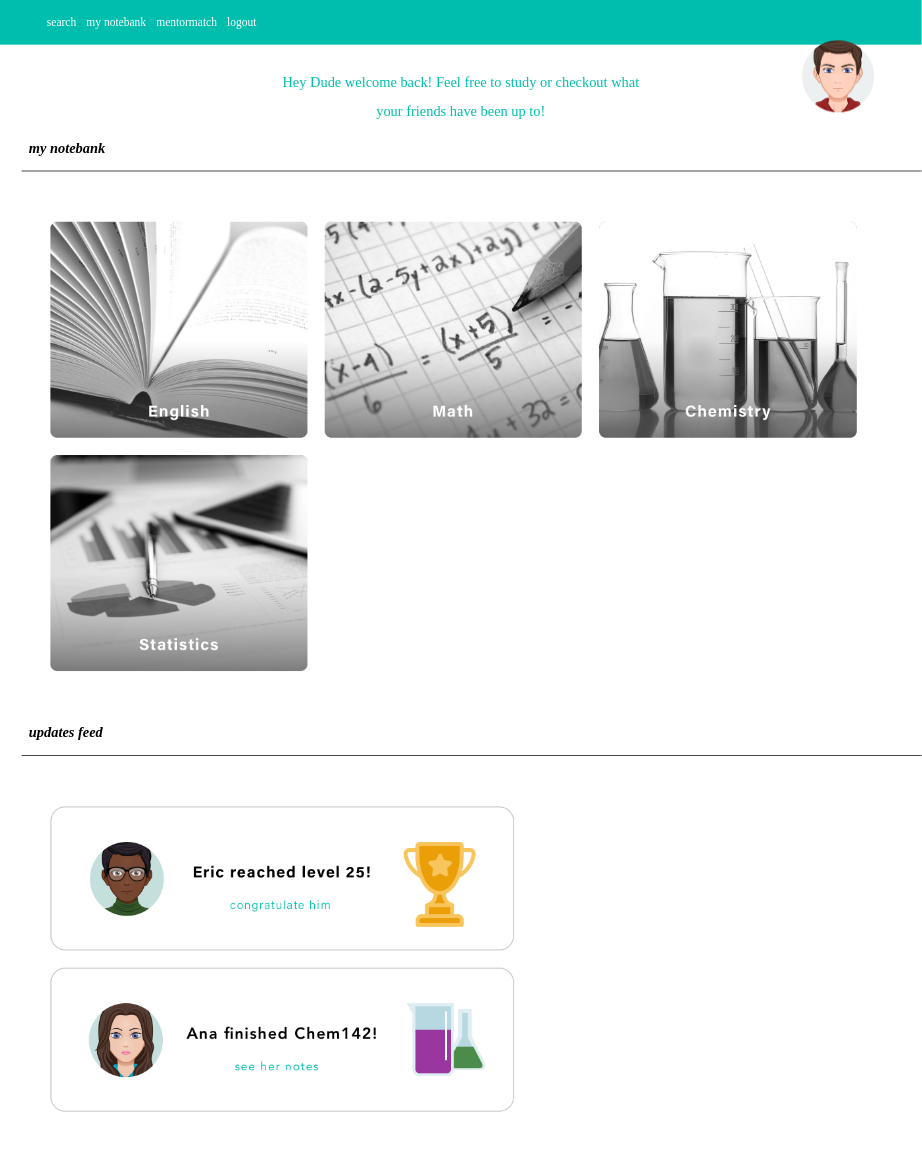
Repository: brianfong96/eduhacks-2017
Page: workspace copy/learninghub.html
The author's editor kept a record of every edit. The page is drawn from the files as they stood at one moment, then again after the next edit.
The browser window is 1280 px wide. The pictures show the whole page, at 72% of full size.
Some web libraries are served in a nearby version.

Above is the page before.

### workspace copy/learninghub.html
<!DOCTYPE html>
<html>
    <head>
        <link href="learninghub.css" type="text/css" rel="stylesheet" />
        <script src="https://code.jquery.com/jquery-3.2.1.js" integrity="sha256-DZAnKJ/6XZ9si04Hgrsxu/8s717jcIzLy3oi35EouyE=" crossorigin="anonymous"></script>
        <script src="https://code.jquery.com/ui/1.12.1/jquery-ui.js" integrity="sha256-T0Vest3yCU7pafRw9r+settMBX6JkKN06dqBnpQ8d30=" crossorigin="anonymous"></script>
        <script src="learninghub.js" type="text/javascript"></script>
    <body>
        <nav id="navmain" class="navbar navbar-fixed-top navbar-inverse">
                <div id="navcontainer" class="container">
                    <div id="navbar" class="navbar-left navbar-collapse collapse">
                        <ul class="nav navbar-nav">
                            <il>search</il>
                            <il id="gotonotebook">my notebank</il>
                            <il id="gotomentor">mentormatch</il>
                            <il>logout</il>
                        </ul>
                        <div id="me">
                            <img src="images/Avatar_me.png" alt="me" height ="100" id="me"></img>
                        </div>
                    </div>
                </div>
            </nav>
        <main>
            <div id="frontpage" class="curpage">
                <div class="newsfeedupdate pageheader">
                    <div class="welcome">
                        <h2>Hey Dude welcome back! Feel free to study or checkout what your friends have been up to!<h2/>
                    </div>
                </div>
                <div class="title">
                    <h3>my notebank</h3>
                </div>
                <div id="scrollnotebook">
                    <img src="images/Sub_1_Inactive.png" alt="1" height="300" class="notebooks" id="Sub_1"></img>
                    <img src="images/Sub_2_Inactive.png" alt="2" height="300" class="notebooks" id="Sub_2"></img>
                    <img src="images/Sub_3_Inactive.png" alt="3" height="300" class="notebooks" id="Sub_3"></img>
                    <img src="images/Sub_4_Inactive.png" alt="4" height="300" class="notebooks" id="Sub_4"></img>
                </div>
                <div id="notebookcontents" class="hidden">
                    <ul>
                        <il>Notes</il>
                        <il class="activenotetab">Media</il>
                        <il>Archive</il>
                    </ul>
                    <div id="media">
                        <img src="images/Media_1.png" alt="1" height="200" class=""></img>
                        <img src="images/Media_2.png" alt="2" height="200" class=""></img>
                        <img src="images/Media_3.png" alt="3" height="200" class=""></img>
                        <img src="images/Media_4.png" alt="4" height="200" class=""></img>
                        <img src="images/Media_5.png" alt="5" height="200" class=""></img>
                    </div>
                    <p>Stuff</p>
                </div>
                <div class="title">
                    <h3>updates feed</h3>
                </div>
                <div id="updates">
                    <img src="images/Status_1.png" alt='1' height="200" class="status"></img>
                    <img src="images/Status_2.png" alt='2' height="200" class="status"></img>
                </div>
            </div>
            <div id="aboutme" class="hidden">
                <div class="welcome pageheader">
                    <h2>Look at how much progress you've been making!</h2>
                </div>
                <div class="title">
                    <h3>about me</h3>
                </div>
                <div id="mecontent">
                    <div>
                        <img src="images/Avatar_me.png" alt="me" height ="300" id="bigmeavatar"></img>
                        <p id="myname">Daniel Dude</p>
                        <img src="images/Progressbar_me.png" alt="progress" height="20"></img>
                        <p id="myprogresstext">275/500<br></br></p>
                        <p id="skills">Skills</p>
                        <pre>Bachelor's of Mathematics
Skilled in Calculus
Good at Physics
Excellent in Statistics
</pre>
                    </div>
                </div>
            </div>
            <div id="mentor" class="hidden">
                <img src="images/Avatar_Other.png" alt="otheravi" height="200"></img>
                <p id="nameq">Name</p>
                <p id="qinfo">In a group of 60 students, 25 have blonde hair, 15 have blue eyes, and 33 have neither. Determine the probability of a student having both blond hair and blue eyes.
</p>
                <p id="answer">answer this question!</p>
            </div>
        </main>
    </body>
</html>

### workspace copy/learninghub.css
body, pre {
    font-family: 'Acumin Pro';
}

html, body {
    margin: 0px;
    padding: 0px;
}

#navmain, #navbar {
    background-color: #00BEAE;
    margin: 0px;
    display: block;
    font-family: 'Acumin Pro Condensed';
}

#navmain {
    padding: 0px;
}

#navbar {
    font-size: 12pt;
    font-weight: 300pt;
    color: white;
    padding: 6px;
    padding-left: 20px;
}

#navcontainer {
    color: #00BEAE;
    text-align: left;
}

#navmain il {
    padding: 5px;
}

#navbar il:hover {
    text-decoration: underline;
}

h2 {
    font-size: 15pt;
    color: #00BEAE;
    font-weight: 300;
}

.welcome {
    width: 500px;
    text-align: center;
    margin: auto;
    line-height: 30pt;
    padding: 15px;
    padding-bottom: 0px;

}

h3 {
    font-family: 'Acumin Pro Condensed';
    font-style: italic;
    font-weight: bold;
    padding: 0pt;
    font-size: 15pt;
    margin-left: 10px;
}

.title {
    border-bottom-color: black;
    border-bottom-style: solid;
    border-bottom-width: 1pt;
    padding: 0pt;
    margin-left: 30px;
}

.hidden {
    display: none;
}

#scrollnotebook, #updates{
    margin: 30px;
    padding: 30px;
}

#scrollnotebook img, #updates img {
    padding: 10px;
}

#notebookcontents {
    background-color: #484848;
    color: white;
    padding: 30px 60px 30px 60px;
    margin-top: 10px;
    margin-bottom: 10px;
}

#notebookcontents il, #notebookcontents ul {
    padding: 0px;
}

#notebookcontents il {
    padding-right: 50px;
    font-size: 12pt;
}

.activenotetab {
    color: #00BEAE;
}

#media {
    padding-left: 20px;
}

#me {
    float: right;
    margin-right: 30px;
    vertical-align: super;
}

#bigmeavatar {
    float: left;
    padding-left: 70px;
    padding-right: 70px;
}

#mecontent {
    padding: 20px;
    margin: 20px;
}

#myname, #nameq {
    font-weight: bold;
    font-size: 18pt;
    font-family: 'Acumin Pro Condensed';
}

#myprogresstext {
    font-size: 8pt;
}

#skills {
    font-weight: bold;
}

pre, #qinfo {
    line-height: 20pt;
}

#mentor {
    text-align: center;
    margin: auto;
    padding: auto;
}

#mentor img {
    margin: auto;
    padding: 20px;
    display: block;
}

.answer {
    color: #00BEAE;
}

.answer:hover {
    text-decoration: underline;
}

#qinfo {
    padding-left: 400px;
    padding-right: 400px;
}

### workspace copy/learninghub.js
(function() {

    var curNotebook;
    var lastPage;

    $(document).ready(function() {
        $('#gotomentor').click(function() {
            switchCurPage('#mentor');
        });
        $('#gotonotebook').click(function() {
            switchCurPage('#frontpage');
        });

        $('.notebooks').hover(function() {
            if(!$(this).hasClass('active')) {
                var num = $(this).attr('alt');
                $(this).attr('src', 'images/Sub_' + num + '.png');
            }
        }, function() {
            if(!$(this).hasClass('active')) {
                var num = $(this).attr('alt');
                $(this).attr('src', 'images/Sub_' + num + '_Inactive.png');
            }
        });

        $('#me').click(function() {
            if(lastPage != $('#me')) {
                switchCurPage('#aboutme');
            } else {
                switchCurPage(lastPage);
            }
        });

        $('.notebooks').click(function() {
            var num = $(this).attr('alt');
            if($('#notebookcontents').hasClass('hidden')) { //there is no active notebook is inactive
                $(this).attr('src', 'images/Sub_' + num + '.png');
                $(this).addClass('active');
                curNotebook = num;
                $('#notebookcontents').removeClass('hidden');
            } else if(!$(this).hasClass('active')) { //there is an active notebook, but you're switching
                $('#Sub_' + curNotebook).attr('src', 'images/Sub_' + curNotebook + '_Inactive.png');
                $('#Sub_' + curNotebook).removeClass('active');
                $(this).addClass('active');
                curNotebook = num;
            } else if(!$('#notebookcontents').hasClass('hidden')) { //close out of active notebook
                $(this).removeClass('active');
                $(this).attr('src', 'images/Sub_' + num + '_Inactive.png');
                $('#notebookcontents').addClass('hidden');
            }
        });
    });

    $( window ).on( "load", function() {
        curNotebook = 0;
    });

    function showNotebook() {
        if($('#notebookcontents').hasClass('hidden')) {
           $('#notebookcontents').removeClass('hidden');
        } else {
            $('#notebookcontents').addClass('hidden');
        }
    }


    function switchCurPage(page) {
        lastPage = $('.curpage');
        $('.curpage').addClass('hidden');
        $('.curpage').removeClass('curpage');
        $(page).removeClass('hidden');
        $(page).addClass('curpage');
    }

})();

After the next edit:
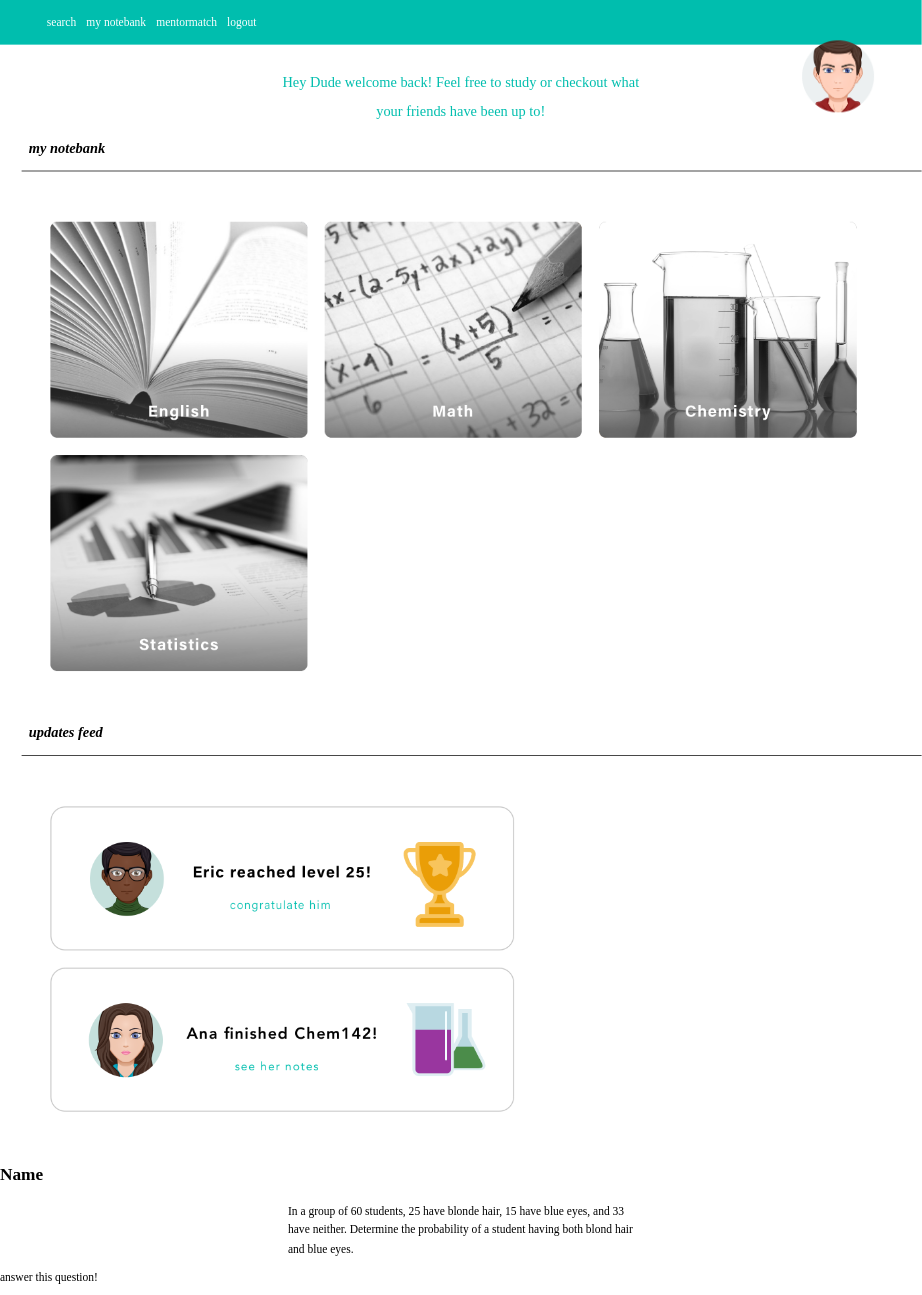
The edit:
--- a/workspace copy/learninghub.html
+++ b/workspace copy/learninghub.html
@@ -83,7 +83,9 @@
                 </div>
             </div>
             <div id="mentor" class="hidden">
+                <div></div>
                 <img src="images/Avatar_Other.png" alt="otheravi" height="200"></img>
+                </div>
                 <p id="nameq">Name</p>
                 <p id="qinfo">In a group of 60 students, 25 have blonde hair, 15 have blue eyes, and 33 have neither. Determine the probability of a student having both blond hair and blue eyes.
 </p>

After the edit that followed:
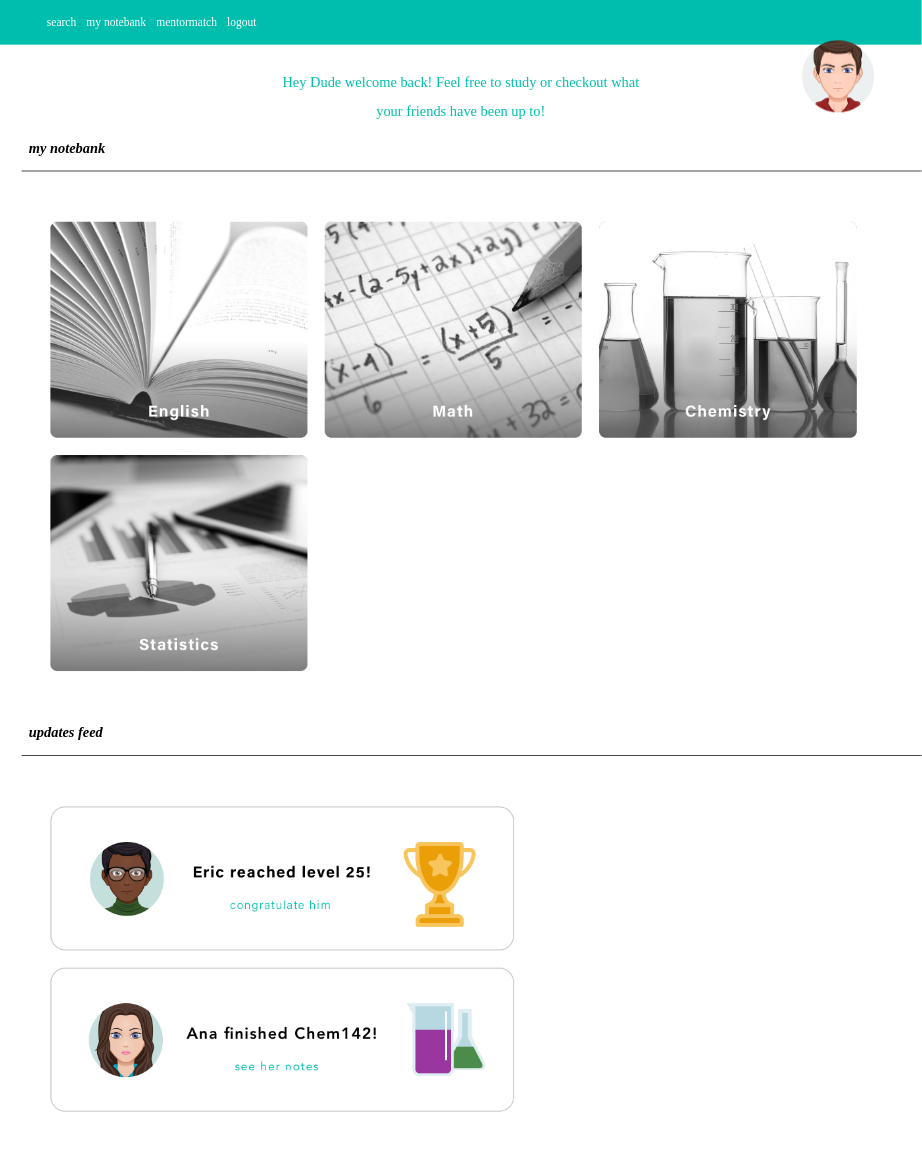
The edit:
--- a/workspace copy/learninghub.html
+++ b/workspace copy/learninghub.html
@@ -83,7 +83,8 @@
                 </div>
             </div>
             <div id="mentor" class="hidden">
-                <div></div>
+                <div>
+                <div>
                 <img src="images/Avatar_Other.png" alt="otheravi" height="200"></img>
                 </div>
                 <p id="nameq">Name</p>
